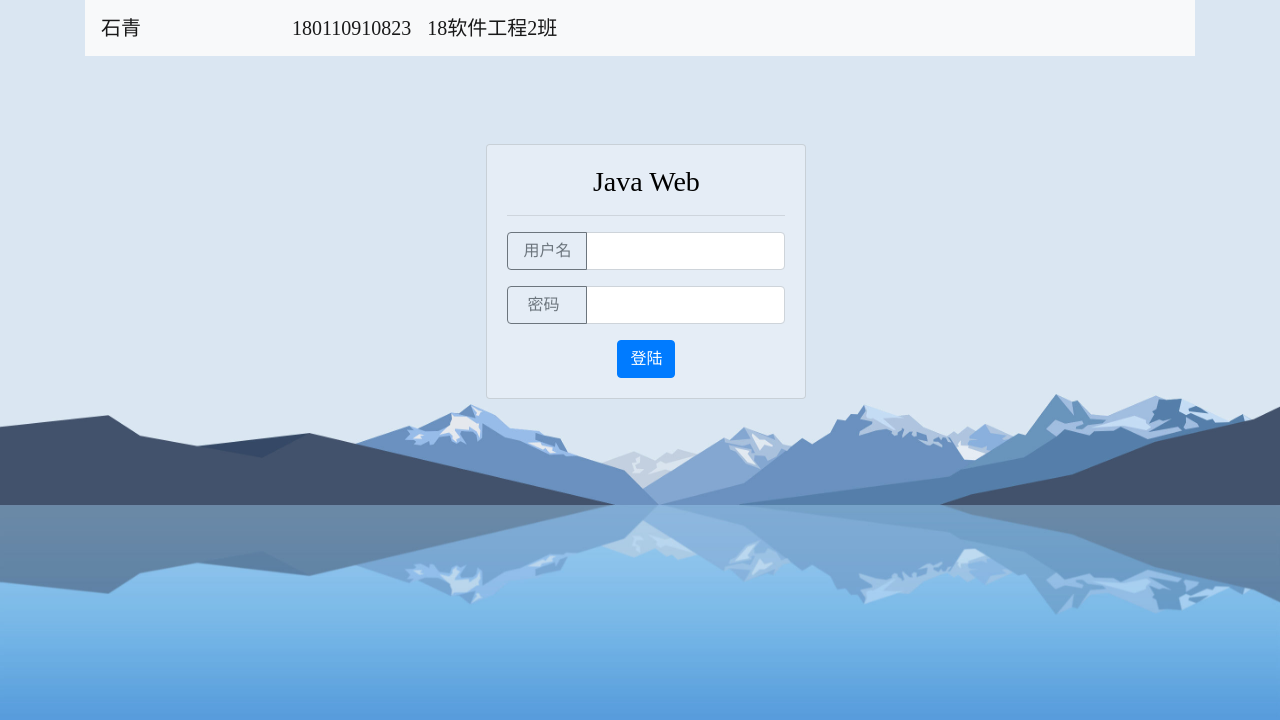
Repository: sqsssq/JavaWeb
Page: class1/IDEA/web/successful.html
The author's editor kept a copy of each file at every save. The page is drawn from the files as they stood at one save, then again after the next save.
The browser window is 1280 px wide. The pictures show the whole page.

Above is the page before, as saved 2020-09-25 00:38:29.

### class1/IDEA/web/successful.html
<!--
 * @Author: your name
 * @Date: 2020-09-23 10:46:47
 * @LastEditTime: 2020-09-25 00:38:28
 * @LastEditors: Please set LastEditors
 * @Description: In User Settings Edit
 * @FilePath: \IDEA\web\successful.html
-->
<!DOCTYPE html>
<html lang="en">
<head>
    <meta charset="UTF-8">
    <meta name="viewport" content="width=device-width, initial-scale=1, shrink-to-fit=no">
    <link rel="stylesheet" href="https://cdn.jsdelivr.net/npm/bootstrap@4.5.0/dist/css/bootstrap.min.css" integrity="sha384-9aIt2nRpC12Uk9gS9baDl411NQApFmC26EwAOH8WgZl5MYYxFfc+NcPb1dKGj7Sk" crossorigin="anonymous">
    <script src="https://cdn.jsdelivr.net/npm/jquery@3.5.1/dist/jquery.slim.min.js" integrity="sha384-DfXdz2htPH0lsSSs5nCTpuj/zy4C+OGpamoFVy38MVBnE+IbbVYUew+OrCXaRkfj" crossorigin="anonymous"></script>
    <script src="https://cdn.jsdelivr.net/npm/popper.js@1.16.0/dist/umd/popper.min.js" integrity="sha384-Q6E9RHvbIyZFJoft+2mJbHaEWldlvI9IOYy5n3zV9zzTtmI3UksdQRVvoxMfooAo" crossorigin="anonymous"></script>
    <script src="https://cdn.jsdelivr.net/npm/bootstrap@4.5.0/dist/js/bootstrap.min.js" integrity="sha384-OgVRvuATP1z7JjHLkuOU7Xw704+h835Lr+6QL9UvYjZE3Ipu6Tp75j7Bh/kR0JKI" crossorigin="anonymous"></script>

    <title>Title</title>
    <style>
        html {
            height: 100%;
        }
        body {
            height: 100%;
            background-image: url("./img/bcg2.jpg");
            background-repeat: no-repeat;
            background-size: 100% 100%;
            background-position: center center;
        }
    </style>
</head>
<body>
    <div class="container" style="font-family: 华文行楷;">
        <nav class="navbar navbar-expand-lg navbar-light bg-light">
            <a class="navbar-brand" href="#">石青 &nbsp;&nbsp;&nbsp;&nbsp;&nbsp;&nbsp;&nbsp;&nbsp;&nbsp;&nbsp;&nbsp;&nbsp;&nbsp;&nbsp;&nbsp;&nbsp;&nbsp;&nbsp;&nbsp;&nbsp;&nbsp;&nbsp;&nbsp;&nbsp;&nbsp;&nbsp;</a>
            <a class="navbar-brand" href="#">180110910823</a>
            <a class="navbar-brand" href="#">18软件工程2班</a>

        </nav>
        <form method="post" action="loginAction.jsp">

    <!--    <form>-->
        <div class="card" style="width: 20rem; position:absolute; left: 38%; float: left; top: 20%; background: rgba(255, 255, 255, 0.3);">
            <div class="card-body" style="text-align: center; opacity: 100%;">
                <h3 class="card-title" style="color: black;">Java Web</h3>
                <hr>
                <div class="input-group mb-3">
                    <div class="input-group-prepend">
                        <button class="btn btn-outline-secondary" style="width: 80px;" type="button">用户名</button>
                    </div>
                    <input type="text" class="form-control" name="un" id="und">
                </div>
                <div class="input-group mb-3">
                    <div class="input-group-prepend">
                        <button class="btn btn-outline-secondary" style="width: 80px;" type="button">密码 &nbsp;</button>

                    </div>
                    <input type="password" class="form-control" name="ps" id="psd">

                </div>
    <!--            <div class="alert alert-warning alert-dismissible fade show" role="alert">-->
    <!--                <strong>ERROR</strong> 用户名或密码错误-->
    <!--                <button type="button" class="close" data-dismiss="alert" aria-label="Close">-->
    <!--                    <span aria-hidden="true">&times;</span>-->
    <!--                </button>-->
    <!--            </div>-->
                <input  class="btn btn-primary" value="登陆" id="btn1" type="submit">
    <!--            <input  class="btn btn-success" value="注册" id="btn2" type="submit">-->
    <!--            <button class="btn btn-block" id="btn">登陆</button>-->
            </div>
        </div>
        </form>
    </div>
</body>
</html>

After the next save:
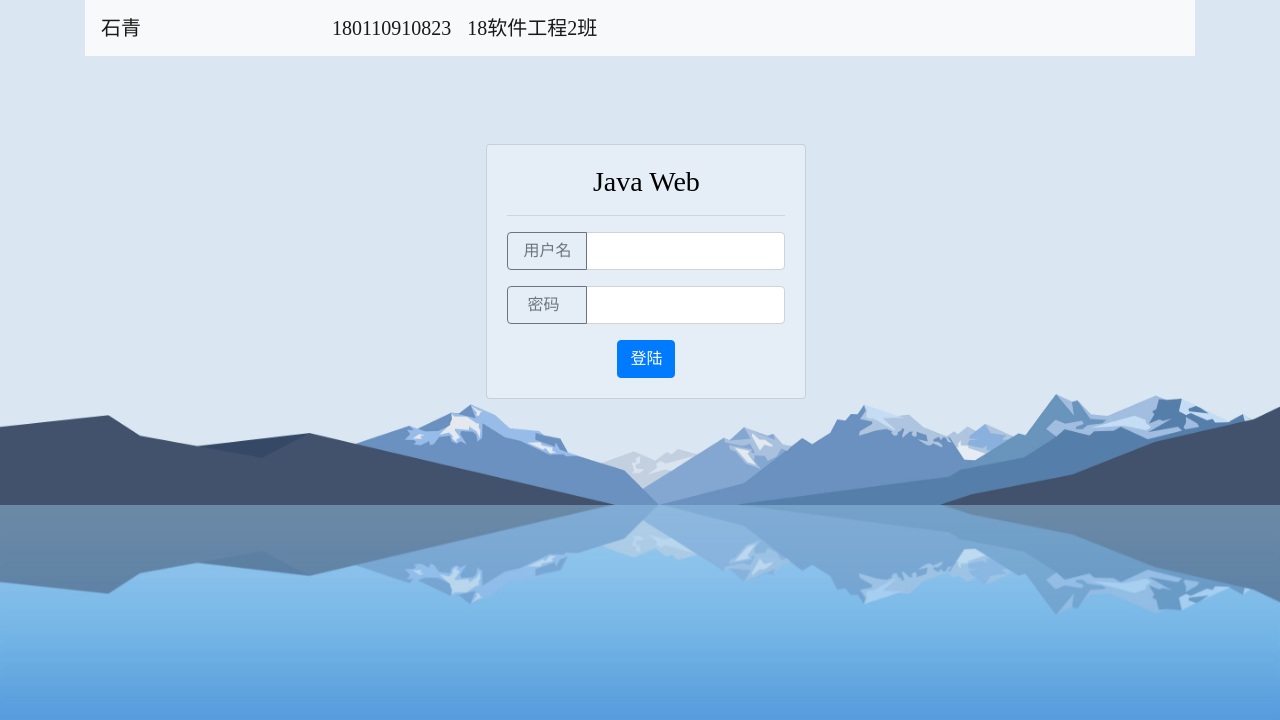
Saved 4 s later.
--- a/class1/IDEA/web/successful.html
+++ b/class1/IDEA/web/successful.html
@@ -33,7 +33,7 @@
 <body>
     <div class="container" style="font-family: 华文行楷;">
         <nav class="navbar navbar-expand-lg navbar-light bg-light">
-            <a class="navbar-brand" href="#">石青 &nbsp;&nbsp;&nbsp;&nbsp;&nbsp;&nbsp;&nbsp;&nbsp;&nbsp;&nbsp;&nbsp;&nbsp;&nbsp;&nbsp;&nbsp;&nbsp;&nbsp;&nbsp;&nbsp;&nbsp;&nbsp;&nbsp;&nbsp;&nbsp;&nbsp;&nbsp;</a>
+            <a class="navbar-brand" href="#">石青 &nbsp;&nbsp;&nbsp;&nbsp;&nbsp;&nbsp;&nbsp;&nbsp;&nbsp;&nbsp;&nbsp;&nbsp;&nbsp;&nbsp;&nbsp;&nbsp;&nbsp;&nbsp;&nbsp;&nbsp;&nbsp;&nbsp;&nbsp;&nbsp;&nbsp;&nbsp;&nbsp;&nbsp;&nbsp;&nbsp;&nbsp;&nbsp;&nbsp;&nbsp;</a>
             <a class="navbar-brand" href="#">180110910823</a>
             <a class="navbar-brand" href="#">18软件工程2班</a>
 
